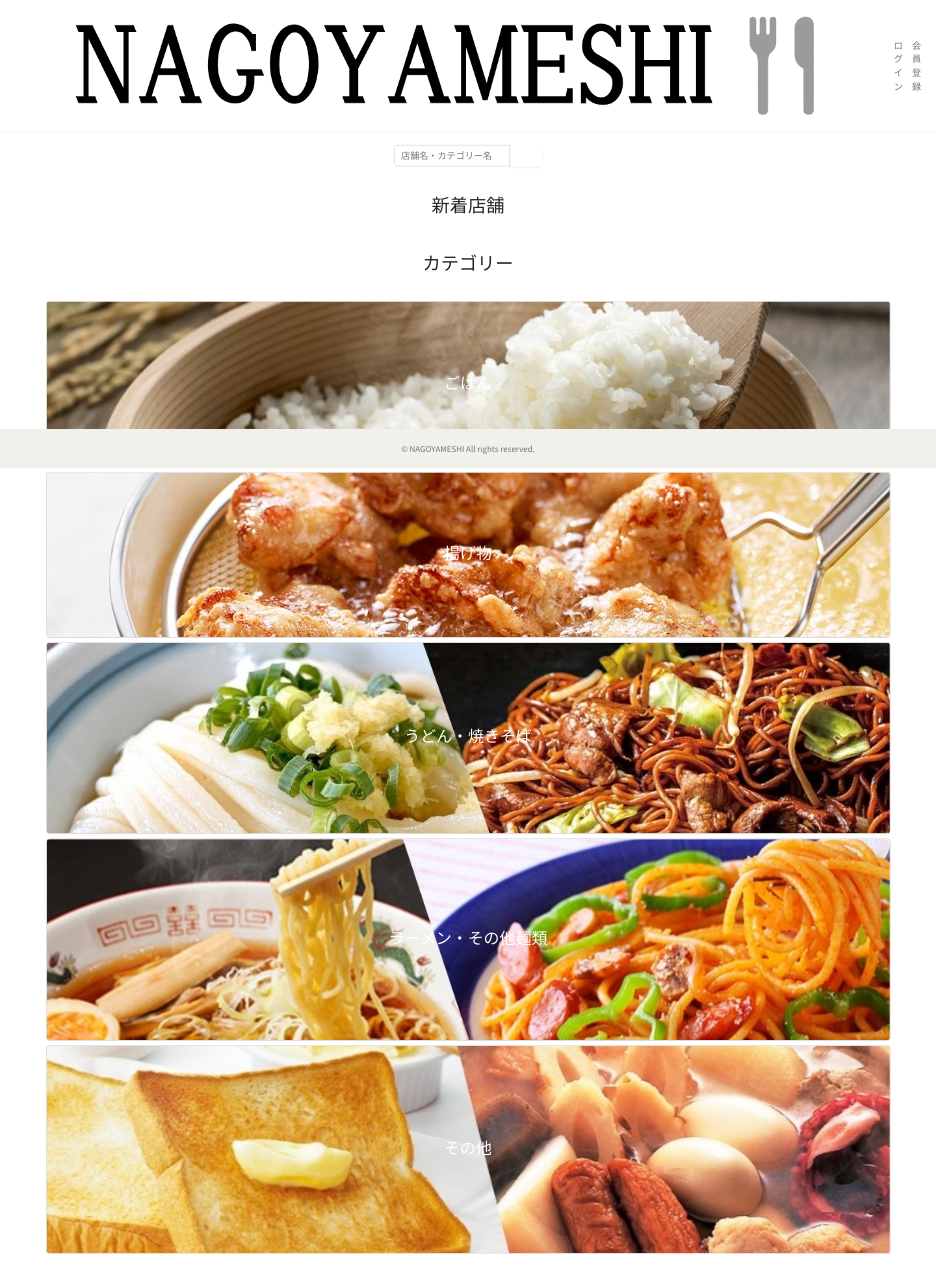
Repository: Yoshidak-ta/nagoyameshi
Page: http://localhost/index
These files come from the project's save history. The page is drawn as it stood at one moment and after the next save; the edit follows.
The browser window is 1440 px wide. The pictures show the whole page, at 65% of full size.
The page is this project's Thymeleaf template; nobody is signed in. The template is opened directly, without the code that normally fills it, so the values that code supplies are empty.

Above is the page before, as saved 2024-02-14 23:45:50.

### nagoyameshi/src/main/resources/templates/index.html
<!DOCTYPE html>
<html xmlns:th="https://www.thymeleaf.org" xmlns:sec="http://www.thymeleaf.org/extras/spring-security">
	<head>
		<div th:replace="~{fragment :: meta}"></div>

		<div th:replace="~{fragment :: styles}"></div>

		<title>NAGOYAMESHI</title>
	</head>
	<body>
		<div class="nagoyameshi-wrapper">
			<!-- ヘッダー -->
			<div th:replace="~{fragment :: header}"></div>

			<main>
				<div class="container pt-4 pb-5 nagoyameshi-container">
					<div th:if="${param.loggedIn}" class="alert alert-info">
						ログインしました。
					</div>

					<div th:if="${param.loggedOut}" class="alert alert-info">
						ログアウトしました。
					</div>

					<div th:if="${param.reserved}" class="alert alert-info">
						有料会員登録が完了しました。
					</div>

					<div th:if="${successMessage}" class="alert alert-info">
						<span th:text="${successMessage}"></span>
					</div>

					<div class="d-flex justify-content-center">
						<form method="get" th:action="@{/stores}" class="mb-5 nagoyameshi-search-form">
							<div class="input-group">
								<input type="text" class="form-control" name="keyword" th:value="${keyword}" placeholder="店舗名・カテゴリー名">
								<button type="submit" class="btn text-white shadow-sm nagoyameshi-btn">検索</button>
							</div>
						</form>
					</div>

					<h2 class="text-center mb-3">新着店舗</h2>
					<div class="row row-cols-lg-5 row-cols-2 g-3 mb-5">
						<div class="col" th:each="newStores : ${newStores}">
							<a th:href="@{/stores/__${newStores.getId()}__}" class="link-dark nagoyameshi-card-link">
								<div class="card h-100">
									<img th:if="${newStores.getImageName()}" th:src="@{/images/stores/__${newStores.getImageName()}__}" class="card-img-top nagoyameshi-vertical-card-image" alt="店舗画像" width="100" height="150">
									<img th:unless="${newStores.getImageName()}" th:src="@{/images/noimage.jpg}" class="card-img-top nagoyameshi-vertical-card-image" alt="NO IMAGE">
									<div class="card-body">
										<h3 class="card-title" th:text="${newStores.getName()}"></h3>
										<div class="mb-2 d-flex justify-content-left">
								            <span class="nagoyameshi-star" th:each="star : ${#numbers.sequence(1, 5)}" th:text="${star <= newStores.getAverageScore()} ? '&#9733;' : '&#9734;'"></span>
							                <small th:text="${newStores.getAverageScore() + '(' + newStores.getReview().size() + '件)'}"></small>
			                            </div>
										<p class="card-text mb-1">
											<small class="text-muted" th:text="${newStores.getCategory().getName()}"></small>
										</p>
										<p class="card-text">
											<span th:text="${newStores.getDescription()}"></span>
										</p>
									</div>
								</div>
							</a>
						</div>
					</div>

					<!-- カテゴリー -->
					<div class="col">
						<div class="row justify-content-center">
							<h2 class="text-center mt-3 mb-5">カテゴリー</h2>
						</div>
						<details>
						    <summary style="display: block; list-style: none;">
						        <div class="card mb-2 text-white">
									<img th:src="@{/images/categoryname_01.jpg}" class="card-img vertical-card-image nagoyameshi-category-img" alt="ごはん">
									<div class="card-img-overlay d-flex justify-content-center align-items-center overlay-background">
										<h3 class="card-title category-name">ごはん</h3>
									</div>
								</div>
						    </summary>
						    <div class="mt-3 mb-3" th:each="category : ${categoryList}">
							    <div th:if="${category.getName() == 'ごはん'}">
								    <a th:href="@{/stores?category=__${category.getSubName()}__}" class="link-dark nagoyameshi-card-link">
							            <div class="card h-100">
								            <div class="row g-0">
									            <div class="col-md-4">
										            <img th:src="@{/images/categories/__${category.getImageName()}__}" class="card-img-top nagoyameshi-vertical-card-image " alt="カテゴリー画像">
									            </div>
									            <div class="col-md-8">
										            <div class="card-body">
											            <h2 class="card-title" th:text="${category.getSubName()}"></h2>
											            <p class="card-text">
												            <span th:text="${category.getDescription()}"></span>
        	    										</p>
	        	    								</div>
		    		    	   					</div>
			    		        			</div>
				    		        	</div>
					    	        </a>
						    	</div>
						    </div>
						</details>

						<details>
						    <summary style="display: block; list-style: none;">
						       <div class="card mb-2 text-white">
									<img th:src="@{/images/categoryname_02.jpg}" class="card-img vertical-card-image nagoyameshi-category-img" alt="揚げ物">
									<div class="card-img-overlay d-flex justify-content-center align-items-center overlay-background">
										<h3 class="card-title category-name">揚げ物</h3>
									</div>
								</div>
						    </summary>
						    <div class="mt-3 mb-3" th:each="category : ${categoryList}">
							    <div th:if="${category.getName() == '揚げ物'}">
								    <a th:href="@{/stores?category=__${category.getSubName()}__}" class="link-dark nagoyameshi-card-link">
							            <div class="card h-100">
								            <div class="row g-0">
									            <div class="col-md-4">
										            <img th:src="@{/images/categories/__${category.getImageName()}__}" class="card-img-top nagoyameshi-vertical-card-image" alt="カテゴリー画像">
									            </div>
									            <div class="col-md-8">
										            <div class="card-body">
											            <h2 class="card-title" th:text="${category.getSubName()}"></h2>
											            <p class="card-text">
												            <span th:text="${category.getDescription()}"></span>
        	    										</p>
	        	    								</div>
		    		    	   					</div>
			    		        			</div>
				    		        	</div>
					    	        </a>
						    	</div>
						    </div>
						</details>

						<details>
						    <summary style="display: block; list-style: none;">
						        <div class="card mb-2 text-white">
									<img th:src="@{/images/categoryname_03.jpg}" class="card-img vertical-card-image nagoyameshi-category-img" alt="うどん・焼きそば">
									<div class="card-img-overlay d-flex justify-content-center align-items-center overlay-background">
										<h3 class="card-title category-name">うどん・焼きそば</h3>
									</div>
								</div>
						    </summary>
						    <div class="mt-3 mb-3" th:each="category : ${categoryList}">
							    <div th:if="${category.getName() == 'うどん・焼きそば'}">
								    <a th:href="@{/stores?category=__${category.getSubName()}__}" class="link-dark nagoyameshi-card-link">
							            <div class="card h-100">
								            <div class="row g-0">
									            <div class="col-md-4">
										            <img th:src="@{/images/categories/__${category.getImageName()}__}" class="card-img-top nagoyameshi-vertical-card-image" alt="カテゴリー画像">
									            </div>
									            <div class="col-md-8">
										            <div class="card-body">
											            <h2 class="card-title" th:text="${category.getSubName()}"></h2>
											            <p class="card-text">
												            <span th:text="${category.getDescription()}"></span>
        	    										</p>
	        	    								</div>
		    		    	   					</div>
			    		        			</div>
				    		        	</div>
					    	        </a>
						    	</div>
						    </div>
						</details>

						<details>
						    <summary style="display: block; list-style: none;">
						        <div class="card mb-2 text-white">
									<img th:src="@{/images/categoryname_04.jpg}" class="card-img vertical-card-image nagoyameshi-category-img" alt="ラーメン・その他麺類">
									<div class="card-img-overlay d-flex justify-content-center align-items-center overlay-background">
										<h3 class="card-title category-name">ラーメン・その他麺類</h3>
									</div>
								</div>
						    </summary>
						    <div class="mt-3 mb-3" th:each="category : ${categoryList}">
							    <div th:if="${category.getName() == 'ラーメン・その他麺類'}">
								    <a th:href="@{/stores?category=__${category.getSubName()}__}" class="link-dark nagoyameshi-card-link">
							            <div class="card h-100">
								            <div class="row g-0">
									            <div class="col-md-4">
										            <img th:src="@{/images/categories/__${category.getImageName()}__}" class="card-img-top nagoyameshi-vertical-card-image" alt="カテゴリー画像">
									            </div>
									            <div class="col-md-8">
										            <div class="card-body">
											            <h2 class="card-title" th:text="${category.getSubName()}"></h2>
											            <p class="card-text">
												            <span th:text="${category.getDescription()}"></span>
        	    										</p>
	        	    								</div>
		    		    	   					</div>
			    		        			</div>
				    		        	</div>
					    	        </a>
						    	</div>
						    </div>
						</details>

						<details>
						    <summary style="display: block; list-style: none;">
						       <div class="card text-white">
									<img th:src="@{/images/categoryname_05.jpg}" class="card-img vertical-card-image nagoyameshi-category-img" alt="その他">
									<div class="card-img-overlay d-flex justify-content-center align-items-center overlay-background">
										<h3 class="card-title category-name">その他</h3>
									</div>
								</div>
						    </summary>
						    <div class="mt-3 mb-3" th:each="category : ${categoryList}">
							    <div th:if="${category.getName() == 'その他'}">
								    <a th:href="@{/stores?category=__${category.getSubName()}__}" class="link-dark nagoyameshi-card-link">
							            <div class="card h-100">
								            <div class="row g-0">
									            <div class="col-md-4">
										            <img th:src="@{/images/categories/__${category.getImageName()}__}" class="card-img-top nagoyameshi-vertical-card-image" alt="カテゴリー画像">
									            </div>
									            <div class="col-md-8">
										            <div class="card-body">
											            <h2 class="card-title" th:text="${category.getSubName()}"></h2>
											            <p class="card-text">
												            <span th:text="${category.getDescription()}"></span>
        	    										</p>
	        	    								</div>
		    		    	   					</div>
			    		        			</div>
				    		        	</div>
					    	        </a>
						    	</div>
						    </div>
						</details>
					</div>
				</div>
			</main>

			<!-- フッター -->
			<div th:replace="~{fragment :: footer}"></div>
		</div>

		<div th:replace="~{fragment :: scripts}"></div>
	</body>
</html>

### nagoyameshi/src/main/resources/templates/fragment.html
<!DOCTYPE html>
 <html xmlns:th="https://www.thymeleaf.org" xmlns:sec="http://www.thymeleaf.org/extras/spring-security">
     <head>
         <!-- meta要素の部品化 -->
         <div th:fragment="meta" th:remove="tag">
             <meta charset="UTF-8">
             <meta name="viewport" content="width=device-width, initial-scale=1">
         </div>

         <!-- link要素の部品化 -->
         <div th:fragment="styles" th:remove="tag">
             <!-- Bootstrap -->
             <link href="https://cdn.jsdelivr.net/npm/bootstrap@5.2.3/dist/css/bootstrap.min.css" rel="stylesheet" integrity="sha384-rbsA2VBKQhggwzxH7pPCaAqO46MgnOM80zW1RWuH61DGLwZJEdK2Kadq2F9CUG65" crossorigin="anonymous">

             <!-- Google Fonts -->
             <link rel="preconnect" href="https://fonts.googleapis.com">
             <link rel="preconnect" href="https://fonts.gstatic.com" crossorigin>
             <link href="https://fonts.googleapis.com/css2?family=Noto+Sans+JP:wght@400;500&display=swap" rel="stylesheet">

             <link th:href="@{/css/style.css}" rel="stylesheet" >
         </div>

         <title>部品化用のHTMLファイル</title>
     </head>
     <body>
         <!-- ヘッダーの部品化 -->
         <div th:fragment="header" th:remove="tag">
             <nav class="navbar navbar-expand-md navbar-light bg-white shadow-sm nagoyameshi-navbar">
                 <div class="container nagoyameshi-container">
                     <a class="navbar-brand" th:href="@{/}">
                         <img class="nagoyameshi-logo me-1" th:src="@{/images/logo.png}" alt="NAGOYAMESHI">
                     </a>

                     <button class="navbar-toggler" type="button" data-bs-toggle="collapse" data-bs-target="navbarSupportedContent" aria-controls="navbarSupportedContent" aia-expanded="false" aria-label="Toggle navigation">
						 <span class="navbar-toggler-icom"></span>
					 </button>

					 <div class="collapse navbar-collapse" id="navbarSupportedContent">
                         <ul class="navbar-nav ms-auto">
                             <!-- 未ログインであれば表示する -->
                             <li class="nav-item" sec:authorize="isAnonymous()">
                                 <a class="nav-link" th:href="@{/login}">ログイン</a>
                             </li>
                             <li class="nav-item" sec:authorize="isAnonymous()">
								 <a class="nav-link" th:href="@{/signup}">会員登録</a>
							 </li>

                             <!-- ログイン済みであれば表示する（一般会員） -->
                             <li class="nav-item dropdown" sec:authorize="hasRole('ROLE_GENERAL')">
                                 <a id="navbarDropdownGeneral" class="nav-link dropdown-toggle" href="#" role="button" data-bs-toggle="dropdown" aria-haspopup="true" aria-expanded="false" v-pre>
                                     <span sec:authentication="principal.user.name"></span>
                                 </a>

                                 <div class="dropdown-menu dropdown-menu-end" aria-labelledby="navbarDropdownGeneral">
									 <a class="dropdown-item nagoyameshi-dropdown-item" th:href="@{/users}">会員情報</a>

									 <div class="dropdown-divider"></div>

                                     <a class="dropdown-item nagoyameshi-dropdown-item" th:href="@{/logout}" onclick="event.preventDefault(); document.getElementById('logout-form').submit();">
                                         ログアウト
                                     </a>
                                     <form class="d-none" id="logout-form" th:action="@{/logout}" method="post"></form>
                                 </div>
                             </li>

                              <!-- ログイン済みであれば表示する（有料会員） -->
                             <li class="nav-item dropdown" sec:authorize="hasRole('ROLE_PRIME')">
                                 <a id="navbarDropdownGeneral" class="nav-link dropdown-toggle" href="#" role="button" data-bs-toggle="dropdown" aria-haspopup="true" aria-expanded="false" v-pre>
                                     <span sec:authentication="principal.user.name"></span>
                                 </a>

                                 <div class="dropdown-menu dropdown-menu-end" aria-labelledby="navbarDropdownGeneral">
									 <a class="dropdown-item nagoyameshi-dropdown-item" th:href="@{/users}">会員情報</a>
									 <a class="dropdown-item nagoyameshi-dropdown-item" th:href="@{/reservations}">予約一覧</a>
									 <a class="dropdown-item nagoyameshi-dropdown-item" th:href="@{/favorites}">お気に入り一覧</a>

									 <div class="dropdown-divider"></div>

                                     <a class="dropdown-item nagoyameshi-dropdown-item" th:href="@{/logout}" onclick="event.preventDefault(); document.getElementById('logout-form').submit();">
                                         ログアウト
                                     </a>
                                     <form class="d-none" id="logout-form" th:action="@{/logout}" method="post"></form>
                                 </div>
                             </li>

                             <!-- 管理者であれば表示する -->
                             <li class="nav-item dropdown" sec:authorize="hasRole('ROLE_ADMIN')">
                                 <a id="navbarDropdownAdmin" class="nav-link dropdown-toggle" href="#" role="button" data-bs-toggle="dropdown" aria-haspopup="true" aria-expanded="false" v-pre>
                                     管理者メニュー
                                 </a>

                                 <div class="dropdown-menu dropdown-menu-end" aria-labelledby="navbarDropdownAdmin">
									 <a class="dropdown-item nagoyameshi-dropdown-item" th:href="@{/admin/users}">会員一覧</a>
                                     <a class="dropdown-item nagoyameshi-dropdown-item" th:href="@{/admin/stores}">店舗一覧</a>

                                     <div class="dropdown-divider"></div>

                                     <a class="dropdown-item nagoyameshi-dropdown-item" th:href="@{/logout}" onclick="event.preventDefault(); document.getElementById('logout-form').submit();">
                                         ログアウト
                                     </a>
                                     <form class="d-none" id="logout-form" th:action="@{/logout}" method="post"></form>
                                 </div>
                             </li>
                         </ul>
                    </div>
                 </div>
             </nav>
         </div>


         <!-- フッターの部品化 -->
         <div th:fragment="footer" th:remove="tag">
             <footer>
                 <div class="d-flex justify-content-center align-items-center h-100">
                     <p class="text-center text-muted small mb-0">&copy; NAGOYAMESHI All rights reserved.</p>
                 </div>
             </footer>
         </div>

         <!-- script要素の部品化 -->
         <div th:fragment="scripts" th:remove="tag">
             <!-- Bootstrap -->
             <script src="https://cdn.jsdelivr.net/npm/bootstrap@5.2.3/dist/js/bootstrap.bundle.min.js" integrity="sha384-kenU1KFdBIe4zVF0s0G1M5b4hcpxyD9F7jL+jjXkk+Q2h455rYXK/7HAuoJl+0I4" crossorigin="anonymous"></script>
         </div>
     </body>
 </html>

### nagoyameshi/src/main/resources/static/css/style.css
html {
   font-size: 14px;
 }

 body {
   font-family: 'Noto Sans JP', sans-serif;
 }

 h1 {
   font-size: 1.5rem;
 }

 a {
   color: #5196a6;
   text-decoration: none !important;
 }

 a:hover {
     color: #407784;
 }

 footer {
   width: 100%;
   height: 60px;
   position: absolute;
   bottom: 0;
   background-color: #f2f0eb;
 }

 .samuraitravel-wrapper {
   min-height: 100vh;
   position: relative;
   padding-bottom: 60px;
   box-sizing: border-box;
 }

 .samuraitravel-navbar {
   min-height: 60px;
 }

 .samuraitravel-logo {
   height: 30px;
 }

 .samuraitravel-btn {
   background-color: #5196a6 !important;
   transition: 0.1s;
 }

 .samuraitravel-btn:hover {
   opacity: 0.8;
 }

 @media screen and (min-width: 1400px) {
   .samuraitravel-container {
     max-width: 1200px;
   }
 }

After the next save:
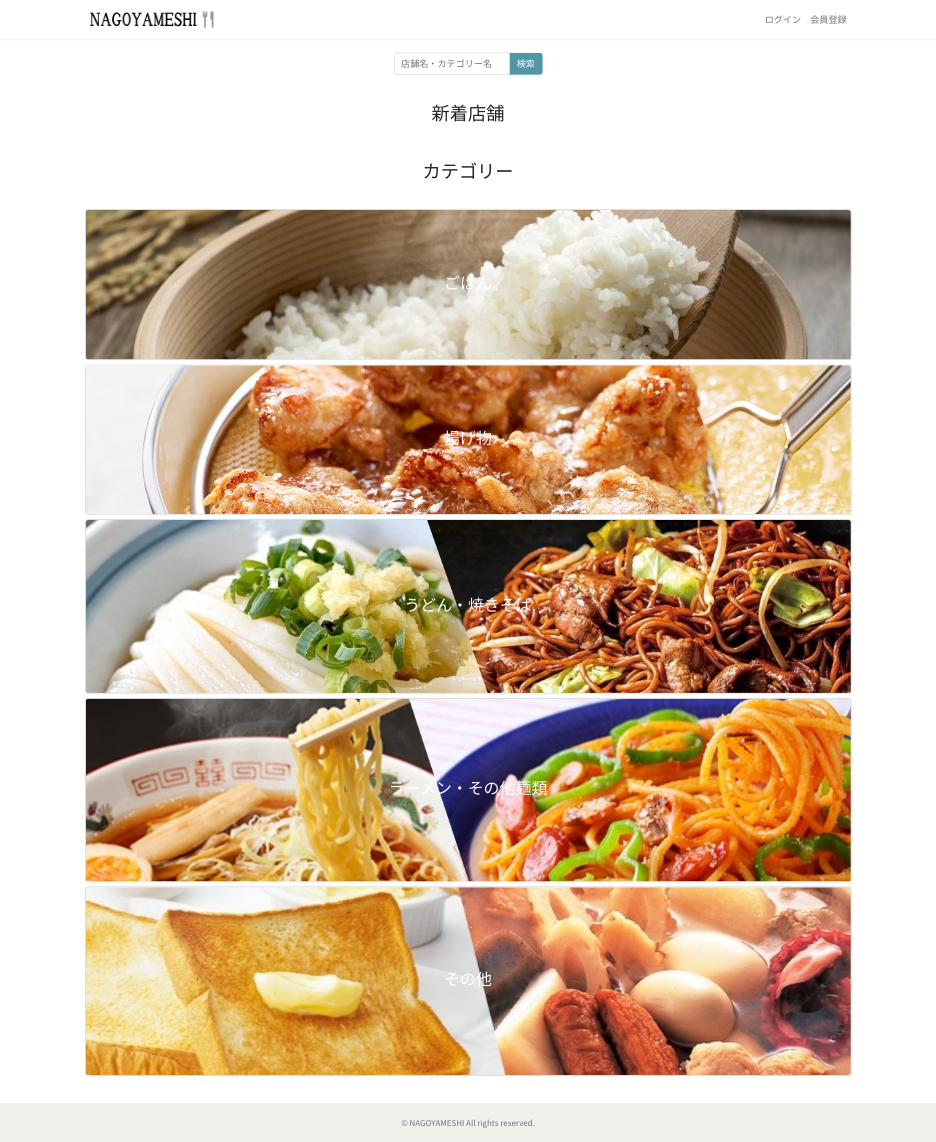
Saved 13 h 29 min later.
--- a/nagoyameshi/src/main/resources/static/css/style.css
+++ b/nagoyameshi/src/main/resources/static/css/style.css
@@ -27,32 +27,32 @@ html {
    background-color: #f2f0eb;
  }
 
- .samuraitravel-wrapper {
+ .nagoyameshi-wrapper {
    min-height: 100vh;
    position: relative;
    padding-bottom: 60px;
    box-sizing: border-box;
  }
 
- .samuraitravel-navbar {
+ .nagoyameshi-navbar {
    min-height: 60px;
  }
 
- .samuraitravel-logo {
+ .nagoyameshi-logo {
    height: 30px;
  }
 
- .samuraitravel-btn {
+ .nagoyameshi-btn {
    background-color: #5196a6 !important;
    transition: 0.1s;
  }
 
- .samuraitravel-btn:hover {
+ .nagoyameshi-btn:hover {
    opacity: 0.8;
  }
 
  @media screen and (min-width: 1400px) {
-   .samuraitravel-container {
+   .nagoyameshi-container {
      max-width: 1200px;
    }
  }
